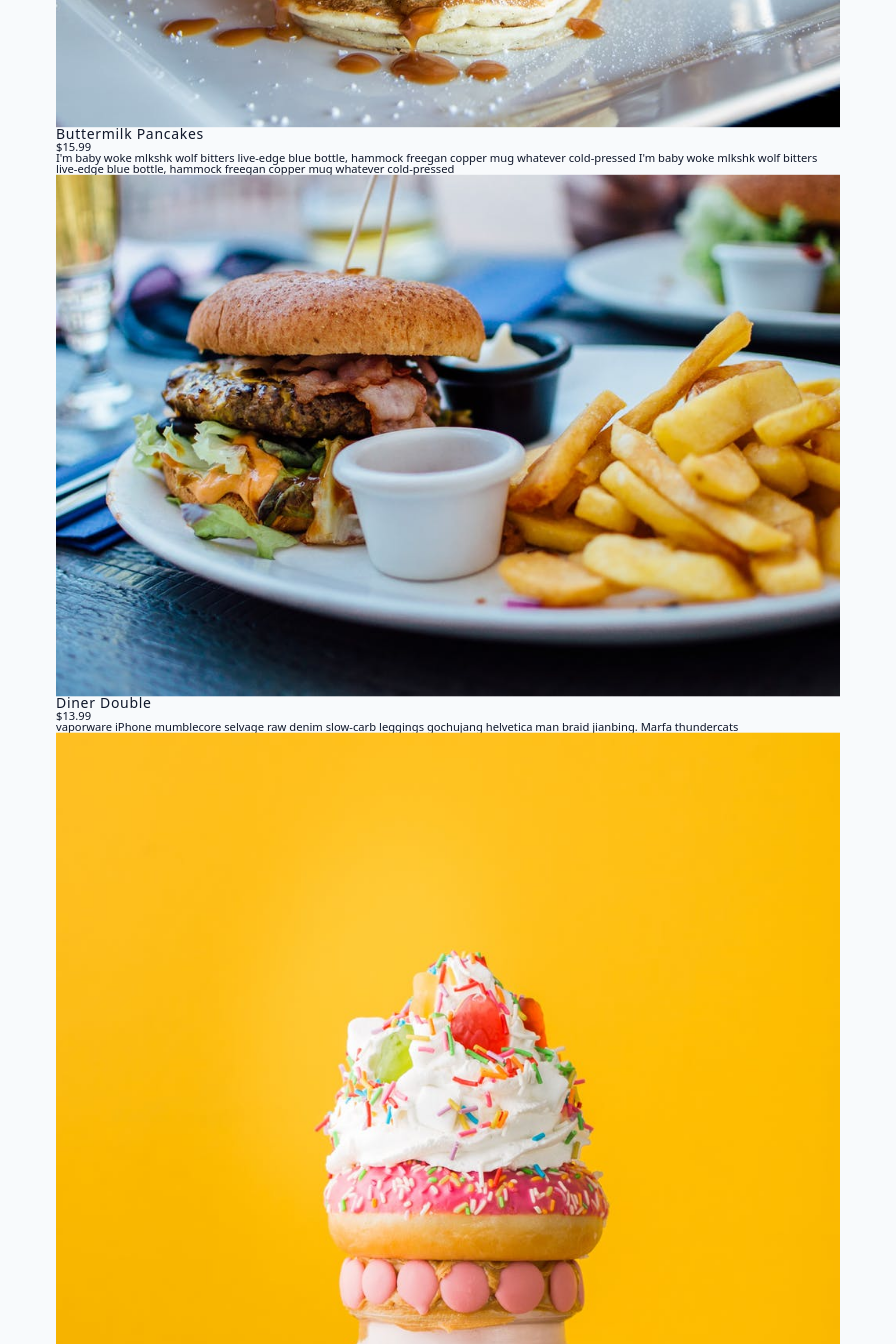
Repository: dydals3440/React-Projects
Page: / (app in 04-fundamental-projects/05-menu/starter/)
These files come from the project's save history. The page is drawn as it stood at one moment and after the next save; the edit follows.
The browser window is 1280 px wide. The pictures show the part of the page from y = 764 to 2684 px (the page is 8137 px tall before and 8393 px after), at 70% of full size.
The project was rebuilt for these pictures with package versions that can differ from the ones it lists, and the page was loaded fresh each time. Also part of the build but not shown: 04-fundamental-projects/05-menu/starter/vite.config.js.

Above is the page before, as saved 2023-09-07 13:55:45.

After the next save:
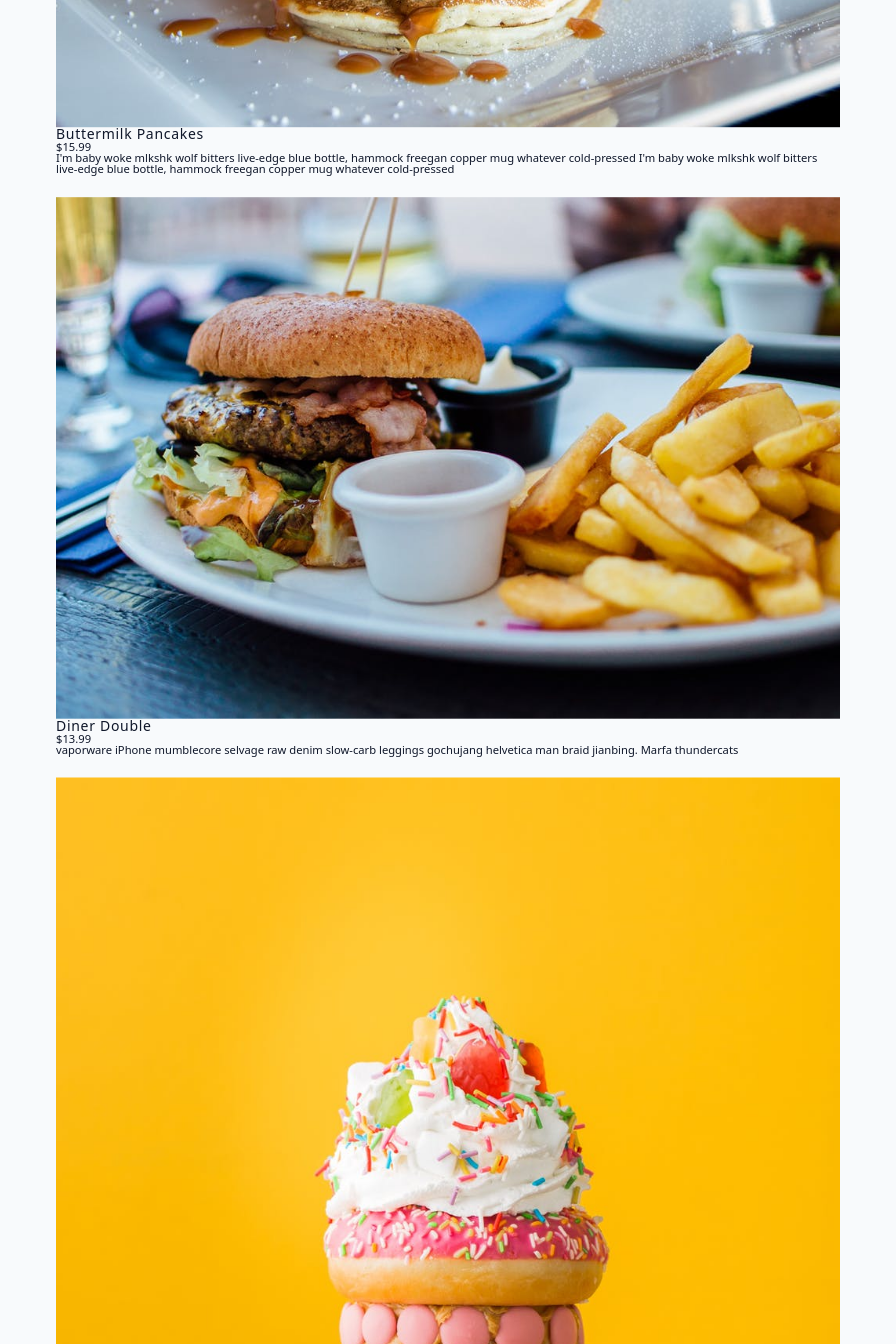
Saved 10 s later.
--- a/04-fundamental-projects/05-menu/starter/src/index.css
+++ b/04-fundamental-projects/05-menu/starter/src/index.css
@@ -270,4 +270,5 @@ ul {
   margin: 0 auto;
   max-width: var(--max-width);
   display: grid;
-}
+  gap: 2rem;
+}
